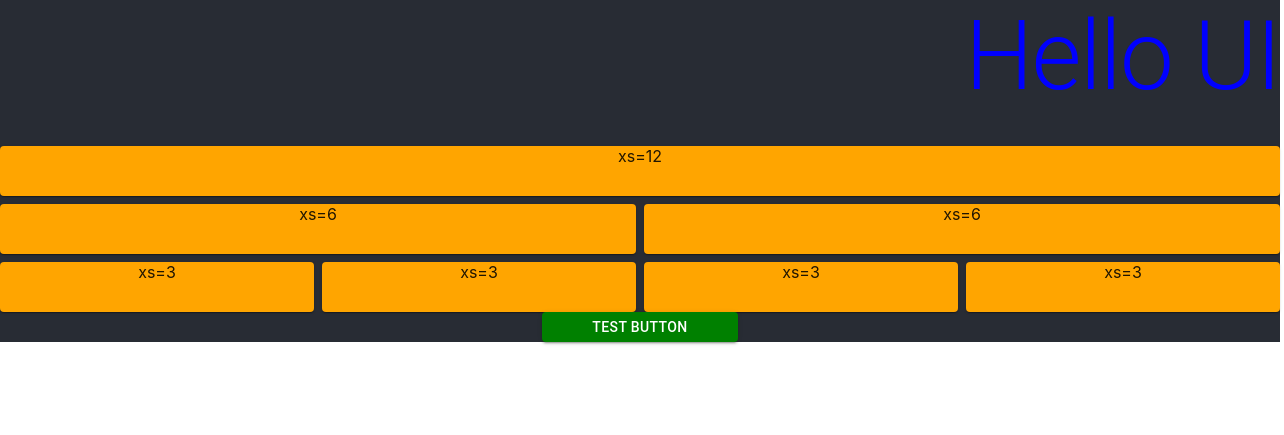
Repository: ShunsukeTanizaki/COVID19-Live
Page: /
An editor plug-in stored every save of this project. The page is shown before and after the next save, followed by the edit.
The browser window is 1280 px wide. The page is 1284 px wide, so the pictures cover 1284 px, including what lies to the right of the window. The pictures show the whole page.
The project was rebuilt for these pictures with package versions that can differ from the ones it lists, and the page was loaded fresh each time.

Above is the page before, as saved 2020-11-07 23:39:39.

After the next save:
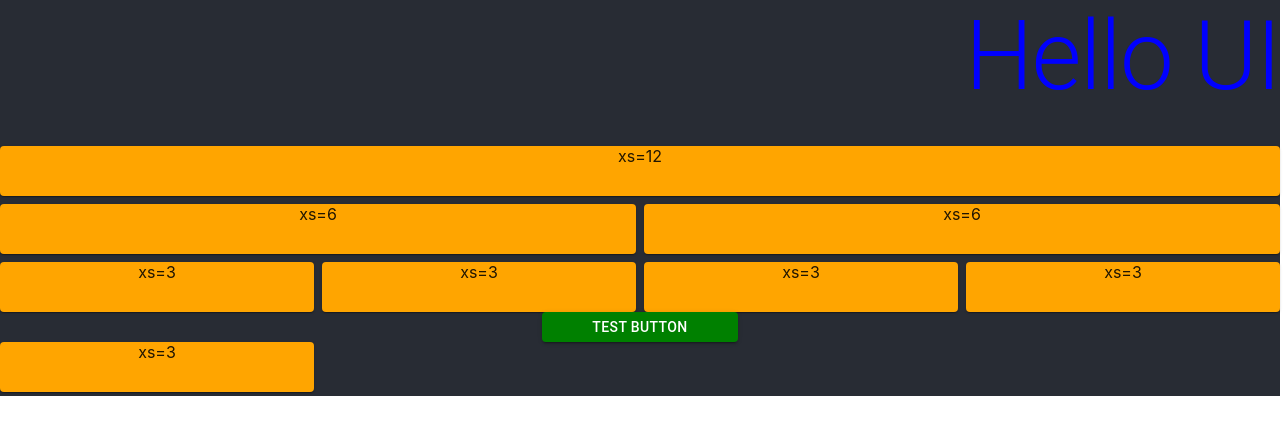
Saved 5 min 34 s later.
--- a/src/components/MaterialUI .tsx
+++ b/src/components/MaterialUI .tsx
@@ -60,6 +60,12 @@ const MaterialUI: React.FC = () => {
             >
                 test Button
             </Button>
+
+            <Grid container spacing={1}>
+                <Grid item xs={6} md={3}>
+                    <Paper className={classes.paperStyle}>xs=3</Paper>
+                </Grid>
+            </Grid>
         </div>
     );
 };
